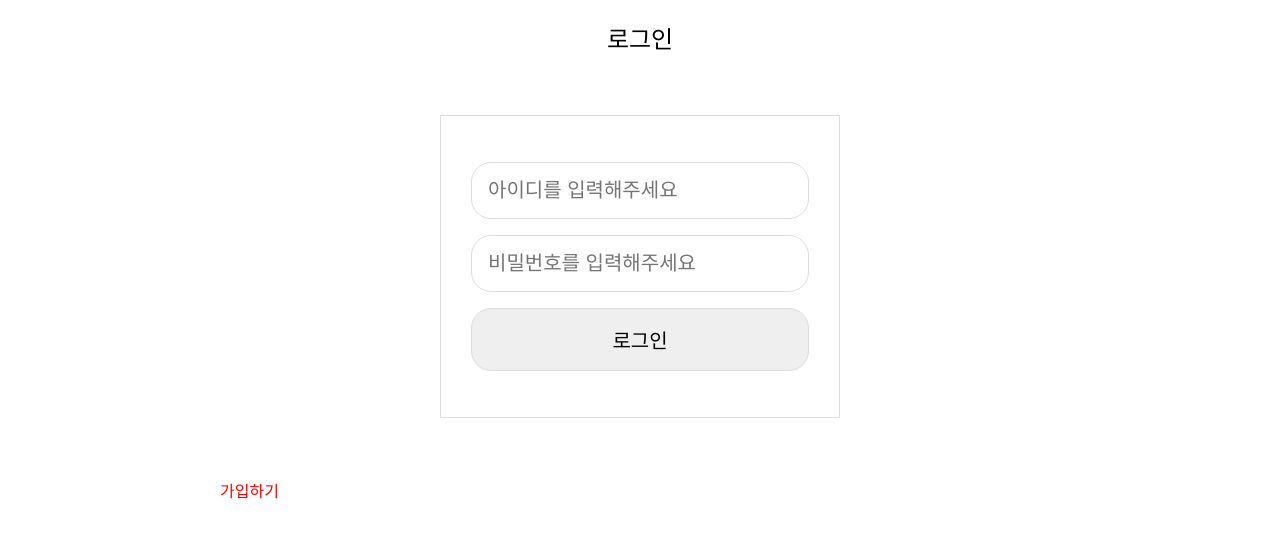
Repository: inhoo123/backup
Page: http://localhost/community-inside/login
The author's editor kept a copy of each file at every save. The page is drawn from the files as they stood at one save, then again after the next save.
The browser window is 1280 px wide. The pictures show the whole page.
Some web fonts or font styles are not loaded; a fallback is used. The page is served by Tomcat 10.

Above is the page before, as saved 2024-06-27 04:11:13.

After the next save:
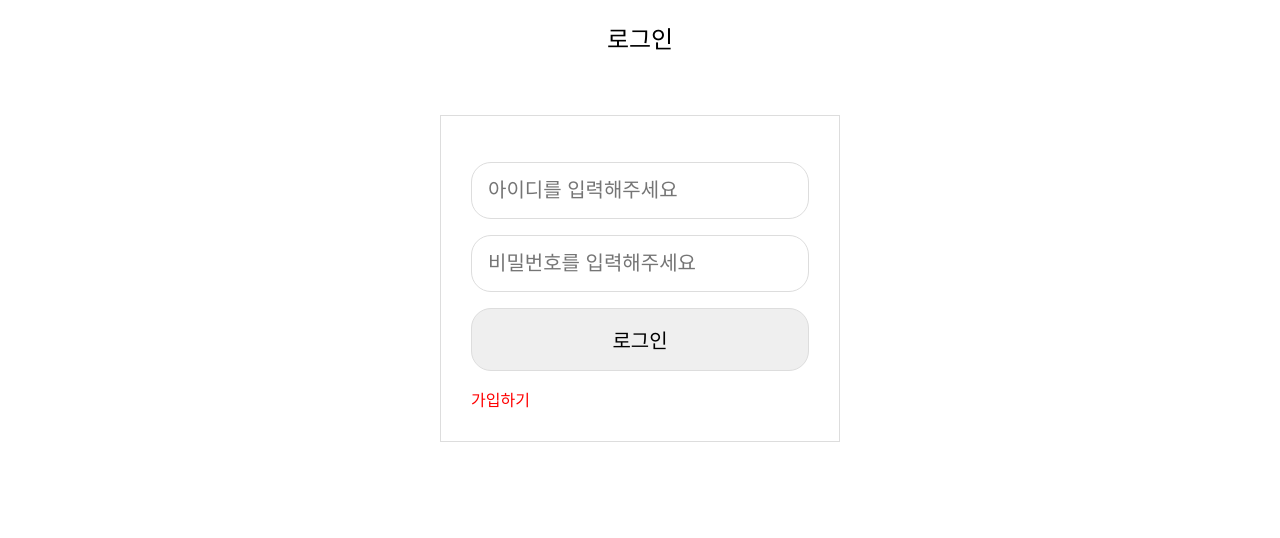
Saved 12 s later.
--- a/web-workspace/community-inside/src/main/webapp/WEB-INF/view/login.jsp
+++ b/web-workspace/community-inside/src/main/webapp/WEB-INF/view/login.jsp
@@ -30,8 +30,8 @@
 					<button type="submit" class="login-input">로그인</button>
 				</p>
 			</form>
+		<a style="color: RED" href="${pageContext.servletContext.contextPath }/join">가입하기</a>
 		</div>
-		<a style="color: RED" href="${pageContext.servletContext.contextPath }/join">가입하기</a>
 	</div>
 </body>
 </html>
